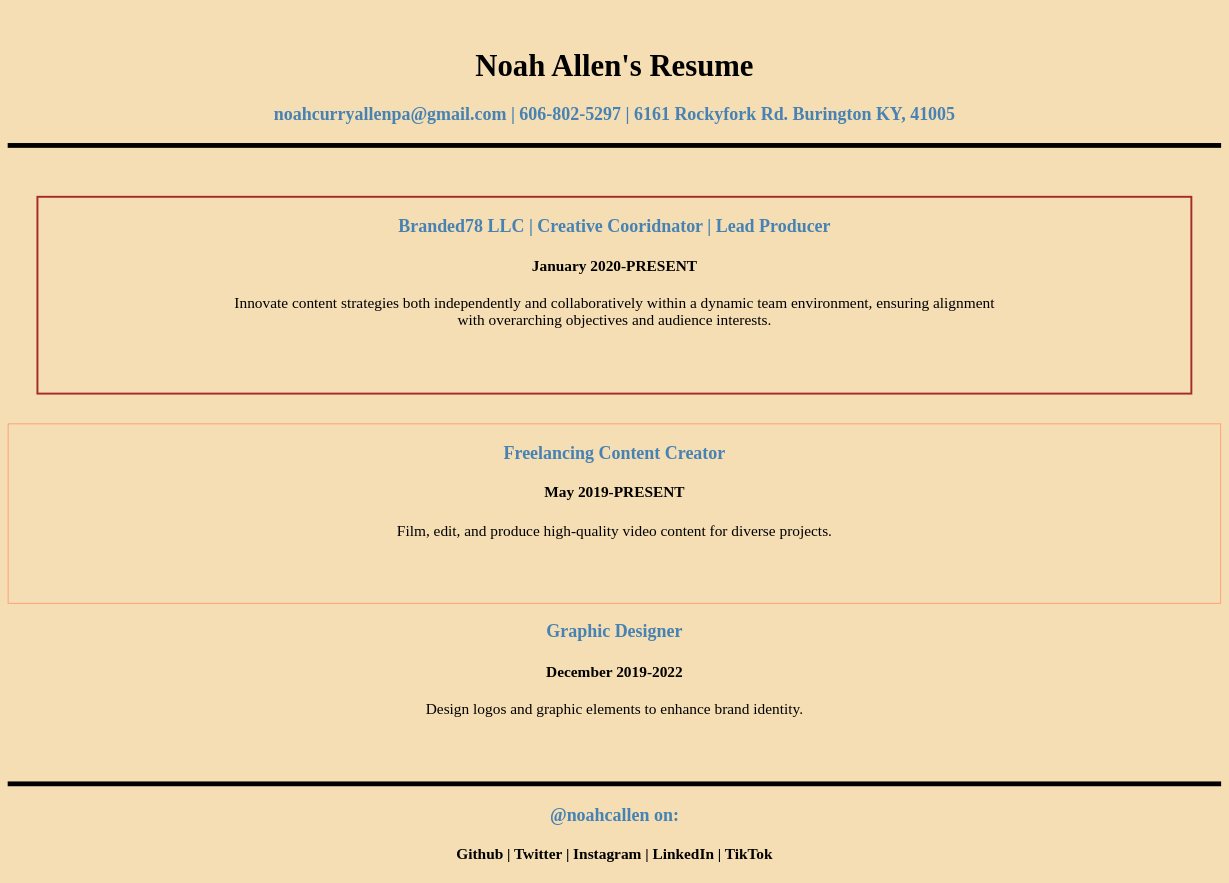
Repository: noahcallen/LAB-HTML-Resume
Page: index.html
An editor plug-in stored every save of this project. The page is shown before and after the next save, followed by the edit.
The browser window is 1280 px wide. The pictures show the whole page, at 96% of full size.

Above is the page before, as saved 2024-07-08 21:58:25.

After the next save:
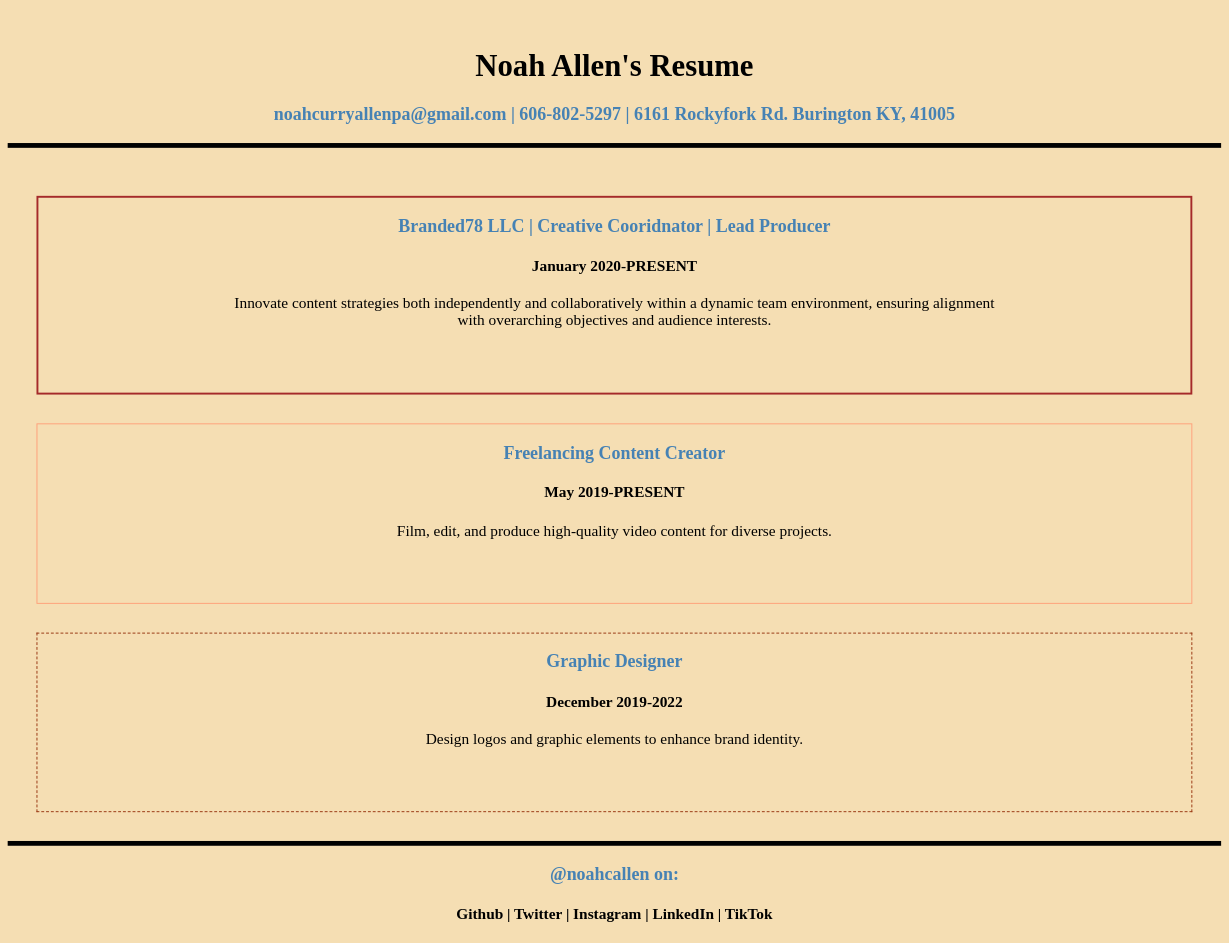
Saved 38 s later.
--- a/main.css
+++ b/main.css
@@ -21,10 +21,14 @@
 #Job2 {
   padding: 0px 200px 50px 200px;
   border: double 1px lightsalmon;
+  margin: 30px;
+
 }
 
 #Job3 {
   padding: 0px 200px 50px 200px;
+  border: dashed 1px rgb(152, 54, 16);
+  margin: 30px;
 }
 
 .FOOTER {
